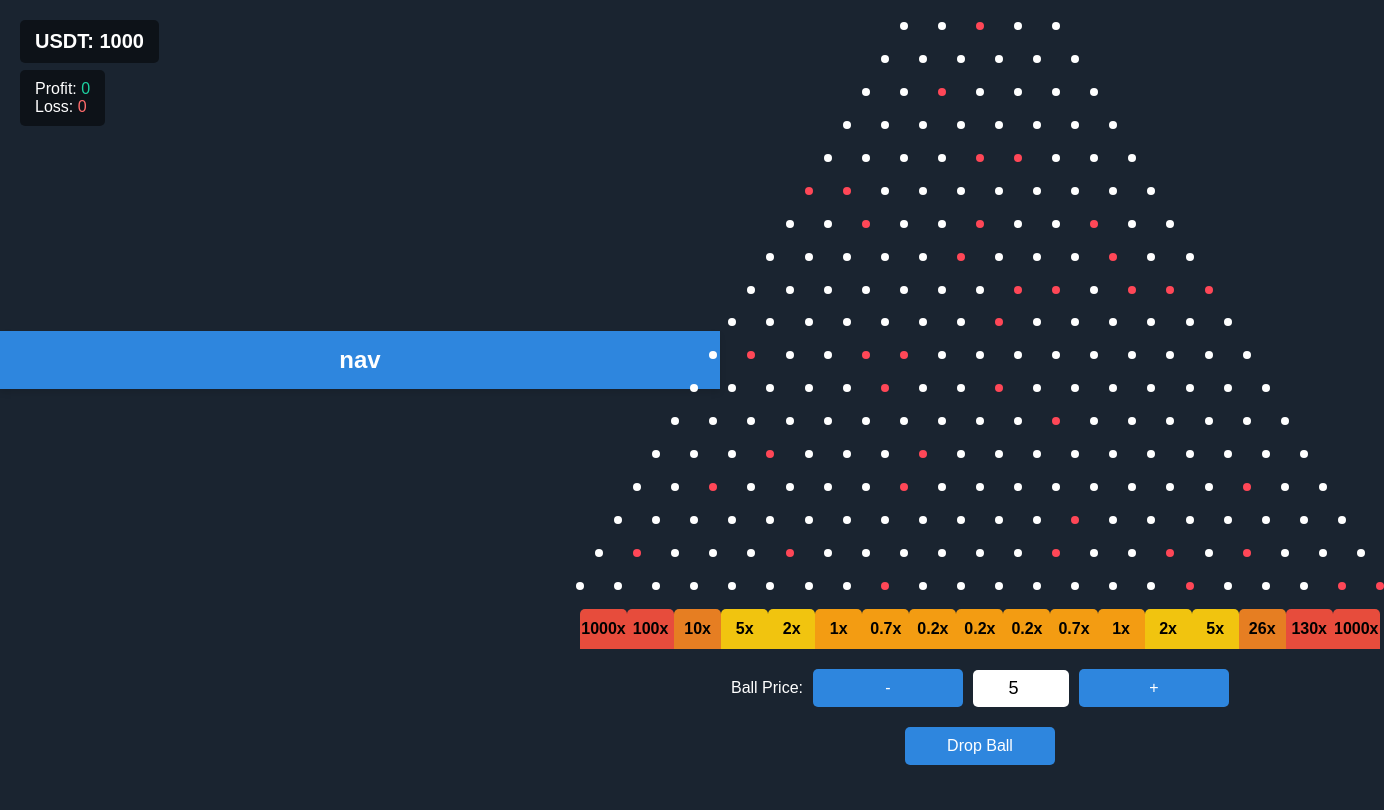
Repository: daffa-alif/PLINKO-JS
Page: index.html
An editor plug-in stored every save of this project. The page is shown before and after a run of saves, followed by the edit.
The browser window is 1280 px wide. The page is 1384 px wide, then 1280 px, so the pictures cover 1384 px, including what lies to the right of the window. The pictures show the whole page.

Above is the page before, as saved 2025-03-07 09:24:51.

### index.html
<!DOCTYPE html>
<html lang="en">
<head>
    <meta charset="UTF-8">
    <meta name="viewport" content="width=device-width, initial-scale=1.0">
    <title>Plinko Game</title>
    <style>
         nav {
            width: 100%;
        }

        header {
            background-color: #2e86de;
            color: white;
            padding: 15px 20px;
            text-align: center;
            font-size: 24px;
            font-weight: bold;
            box-shadow: 0px 4px 6px rgba(0, 0, 0, 0.1);
            width: 100%;
        }

        body {
            background-color: #1a2430;
            font-family: Arial, sans-serif;
            display: flex;
            justify-content: center;
            align-items: center;
            height: 100vh;
            margin: 0;
            color: white;
            overflow: hidden;
        }

        .container {
            position: relative;
            width: 600px;
            height: 900px; /* Increased from 700px to 900px */
            display: flex;
            flex-direction: column;
            align-items: center;
        }

        .plinko-board {
            position: relative;
            width: 500px;
            height: 800px; /* Increased from 600px to 800px */
        }

        .peg {
            position: absolute;
            width: 8px;
            height: 8px;
            background-color: white;
            border-radius: 50%;
            transform: translate(-50%, -50%);
        }

        .highlight-peg {
            background-color: #ff4757;
        }

        .ball {
            position: absolute;
            width: 16px;
            height: 16px;
            background-color: #ff6b81;
            border-radius: 50%;
            z-index: 10;
            transform: translate(-50%, -50%);
        }

        .buckets {
            display: flex;
            width: 100%;
            justify-content: space-between;
            position: absolute;
            bottom: 0;
        }

        .bucket {
            width: 55px;
            height: 40px;
            display: flex;
            justify-content: center;
            align-items: center;
            font-weight: bold;
            color: black;
            border-top-left-radius: 5px;
            border-top-right-radius: 5px;
        }

        .controls {
            margin-top: 20px;
            display: flex;
            flex-direction: column;
            align-items: center;
            gap: 10px;
            width: 100%;
        }

        button {
            padding: 10px 20px;
            font-size: 16px;
            border: none;
            border-radius: 5px;
            background-color: #2e86de;
            color: white;
            cursor: pointer;
            width: 150px;
        }

        button:hover {
            background-color: #54a0ff;
        }

        button:disabled {
            background-color: #7f8c8d;
            cursor: not-allowed;
        }

        .balance {
            position: absolute;
            top: 20px;
            left: 20px;
            font-size: 20px;
            font-weight: bold;
            background-color: rgba(0, 0, 0, 0.5);
            padding: 10px 15px;
            border-radius: 5px;
            z-index: 100;
        }

        .statistics {
            position: absolute;
            top: 70px;
            left: 20px;
            font-size: 16px;
            background-color: rgba(0, 0, 0, 0.5);
            padding: 10px 15px;
            border-radius: 5px;
            z-index: 100;
        }

        .profit {
            color: #1dd1a1;
        }

        .loss {
            color: #ff6b6b;
        }

        .price-controls {
            display: flex;
            align-items: center;
            gap: 10px;
            margin-bottom: 10px;
        }

        input {
            padding: 8px;
            width: 80px;
            text-align: center;
            font-size: 18px;
            border-radius: 5px;
            border: none;
        }

        .results {
            margin-top: 10px;
            font-size: 18px;
            color: #1dd1a1;
            height: 25px;
        }

        .falling-ball-animation {
            display: block;
            position: absolute;
            top: 0;
            left: 50%;
            transform: translateX(-50%);
            width: 16px;
            height: 16px;
            background-color: #ff6b81;
            border-radius: 50%;
            z-index: 11;
            animation: fallAnimation 1s ease-in;
        }

        @keyframes fallAnimation {
            0% {
                top: -20px;
            }
            100% {
                top: 20px;
            }
        }
    </style>
</head>
<body>
    <nav>
        <header>nav</header>
    </nav>
    <div>
        <div class="balance">USDT: <span id="balance">1000</span></div>
        <div class="statistics">
            Profit: <span id="profit" class="profit">0</span><br>
            Loss: <span id="loss" class="loss">0</span>
        </div>
        <div class="container">
            <div class="plinko-board" id="plinkoBoard"></div>
            <div class="controls">
                <div class="price-controls">
                    <span>Ball Price:</span>
                    <button id="decreasePrice">-</button>
                    <input type="number" id="ballPrice" value="5" min="5" max="1000">
                    <button id="increasePrice">+</button>
                </div>
                <button id="dropButton">Drop Ball</button>
                <div class="results" id="results"></div>
            </div>
        </div>
    </div>

    <script src="script.js"></script>
</body>

</html>

### script.js
// Game configuration
const config = {
    rows: 20,                // Increased from 16 to 20 rows for taller board
    pegsStartCount: 3,       // Start with 3 pegs at the top row
    ballSpeed: 0.5,
    gravity: 0.15,
    friction: 0.99,
    pegInfluence: 0.6,
    maxActiveBalls: 10,
    // Updated multipliers to match the image exactly
    multipliers: [1000, 100, 10, 5, 2, 1, 0.7, 0.2, 0.2, 0.2, 0.7, 1, 2, 5, 26, 130, 1000],
    horizontalSpacingFactor: 1.6
};

let balance = 1000;
let totalProfit = 0;
let totalLoss = 0;
let ballPrice = 30;
let activeBalls = [];
let pegLayout = [];

// Initialize the board
function initializeBoard() {
    const board = document.getElementById('plinkoBoard');
    const boardWidth = board.clientWidth;
    const boardHeight = board.clientHeight;

    // Calculate peg spacing for the wider triangular pattern
    const horizontalSpacing = (boardWidth / (config.rows + 1)) * config.horizontalSpacingFactor;
    const verticalSpacing = (boardHeight - 80) / (config.rows);

    // Create pegs in a triangular pattern with progressive row lengths
    for (let row = 0; row < config.rows; row++) {
        // Calculate number of pegs in this row (increase by 1 for each row, starting with config.pegsStartCount)
        const pegsInRow = config.pegsStartCount + row;

        // Calculate the starting position for the first peg in the row
        const rowStartX = boardWidth / 2 - (horizontalSpacing * (pegsInRow - 1)) / 2;

        for (let col = 0; col < pegsInRow; col++) {
            const peg = document.createElement('div');
            peg.className = 'peg';

            // Add some highlight pegs (red pegs)
            if (Math.random() < 0.2) {
                peg.classList.add('highlight-peg');
            }

            // Calculate position for evenly distributed pegs
            const offsetX = rowStartX + col * horizontalSpacing;
            const offsetY = verticalSpacing * row + 50;

            peg.style.left = `${offsetX}px`;
            peg.style.top = `${offsetY}px`;

            board.appendChild(peg);

            // Store peg position for collision detection
            pegLayout.push({
                x: offsetX,
                y: offsetY,
                highlight: peg.classList.contains('highlight-peg'),
                element: peg
            });
        }
    }

    // Create buckets - FIXED VERSION
    const buckets = document.createElement('div');
    buckets.className = 'buckets';

    // Get the last row of pegs to align buckets with
    const lastRowPegs = pegLayout.slice(-config.pegsStartCount - config.rows + 1);
    const leftmostPeg = lastRowPegs[0].x;
    const rightmostPeg = lastRowPegs[lastRowPegs.length - 1].x;
    const bucketAreaWidth = rightmostPeg - leftmostPeg;

    // Define colors for buckets based on multipliers
    const getColorForMultiplier = (multiplier) => {
        if (multiplier >= 100) return '#e74c3c';      // Red for highest multipliers
        if (multiplier >= 10) return '#e67e22';       // Orange for high multipliers
        if (multiplier >= 2) return '#f1c40f';        // Yellow for medium multipliers
        return '#f39c12';                             // Gold for low multipliers
    };

    // Set the buckets container width to match the width of the last row of pegs
    buckets.style.width = `${bucketAreaWidth}px`;
    buckets.style.left = `${leftmostPeg}px`;
    buckets.style.position = 'absolute';

    // Add bucket divs to match the multipliers
    const multiplierCount = config.multipliers.length;
    const bucketWidth = bucketAreaWidth / multiplierCount;

    for (let i = 0; i < multiplierCount; i++) {
        const bucket = document.createElement('div');
        bucket.className = 'bucket';
        bucket.style.backgroundColor = getColorForMultiplier(config.multipliers[i]);
        bucket.textContent = `${config.multipliers[i]}x`;
        bucket.style.width = `${bucketWidth}px`;
        buckets.appendChild(bucket);
    }

    board.appendChild(buckets);
}

// Create a falling ball animation
function showBallDropAnimation() {
    return new Promise(resolve => {
        const board = document.getElementById('plinkoBoard');
        const fallingBall = document.createElement('div');
        fallingBall.className = 'falling-ball-animation';
        board.appendChild(fallingBall);

        setTimeout(() => {
            fallingBall.remove();
            resolve();
        }, 500);
    });
}

// Create a ball and start animation
async function dropBall() {
    const currentBallPrice = parseInt(document.getElementById('ballPrice').value);
    if (balance < currentBallPrice) {
        document.getElementById('results').textContent = "Not enough balance!";
        setTimeout(() => {
            document.getElementById('results').textContent = "";
        }, 2000);
        return;
    }

    // Check if we've reached the maximum number of active balls
    if (activeBalls.length >= config.maxActiveBalls) {
        document.getElementById('results').textContent = "Too many balls in play!";
        setTimeout(() => {
            document.getElementById('results').textContent = "";
        }, 2000);
        return;
    }

    // Deduct ball price from balance
    balance -= currentBallPrice;
    document.getElementById('balance').textContent = balance;

    // Show the ball drop animation
    await showBallDropAnimation();

    const board = document.getElementById('plinkoBoard');
    const boardWidth = board.clientWidth;

    // Ball starts at the top center of the board
    const ball = document.createElement('div');
    ball.className = 'ball';
    ball.style.left = `${boardWidth / 2}px`;
    ball.style.top = '20px';
    board.appendChild(ball);

    // Create a new ball object
    const newBall = {
        element: ball,
        id: Date.now(),
        x: boardWidth / 2,
        y: 20,
        vx: (Math.random() - 0.5) * 0.5,
        vy: 1,
        radius: 8,
        price: currentBallPrice
    };

    // Add ball to active balls array
    activeBalls.push(newBall);

    // Start animation if it's not already running
    if (activeBalls.length === 1) {
        requestAnimationFrame(animateAllBalls);
    }
}

// Animate all active balls
function animateAllBalls(timestamp) {
    if (activeBalls.length === 0) return;

    const board = document.getElementById('plinkoBoard');
    const boardWidth = board.clientWidth;
    const boardHeight = board.clientHeight;

    // Get bucket positions for collision detection - FIXED VERSION
    const buckets = document.querySelector('.buckets');
    const bucketsRect = buckets.getBoundingClientRect();
    const boardRect = board.getBoundingClientRect();

    const bucketsLeft = bucketsRect.left - boardRect.left;
    const bucketsWidth = bucketsRect.width;
    const bucketCount = config.multipliers.length;
    const bucketWidth = bucketsWidth / bucketCount;

    // Process each active ball
    for (let i = activeBalls.length - 1; i >= 0; i--) {
        const ball = activeBalls[i];

        // Apply gravity
        ball.vy += config.gravity;

        // Apply friction
        ball.vx *= config.friction;
        ball.vy *= config.friction;

        // Update position
        ball.x += ball.vx;
        ball.y += ball.vy;

        // Collision with side walls
        if (ball.x - ball.radius < 0) {
            ball.x = ball.radius;
            ball.vx = -ball.vx * 0.5;
        } else if (ball.x + ball.radius > boardWidth) {
            ball.x = boardWidth - ball.radius;
            ball.vx = -ball.vx * 0.5;
        }

        // Collision with pegs
        for (const peg of pegLayout) {
            const dx = ball.x - peg.x;
            const dy = ball.y - peg.y;
            const distance = Math.sqrt(dx * dx + dy * dy);

            if (distance < ball.radius + 6) {
                // Calculate the angle of collision
                const angle = Math.atan2(dy, dx);

                // Move the ball outside of the peg
                const newX = peg.x + (ball.radius + 6) * Math.cos(angle);
                const newY = peg.y + (ball.radius + 6) * Math.sin(angle);

                ball.x = newX;
                ball.y = newY;

                // Add randomness to the bounce but with a slight bias toward outer edges
                let randomness = (Math.random() * 2 - 1) * config.pegInfluence;

                // Very subtle bias toward edges
                if (ball.x < boardWidth * 0.3) {
                    randomness -= 0.05; // Slight bias leftward
                } else if (ball.x > boardWidth * 0.7) {
                    randomness += 0.05; // Slight bias rightward
                }

                // Update velocity with a bounce effect and randomness
                const speed = Math.sqrt(ball.vx * ball.vx + ball.vy * ball.vy);
                ball.vx = Math.cos(angle + randomness) * speed;
                ball.vy = Math.sin(Math.abs(angle + randomness)) * speed; // Keep ball moving downward

                // Highlight the peg temporarily
                peg.element.style.backgroundColor = '#ffdd59';
                setTimeout(() => {
                    peg.element.style.backgroundColor = peg.highlight ? '#ff4757' : 'white';
                }, 100);
            }
        }

        // Check if ball reached bucket level
        if (ball.y > boardHeight - 60) {
            // Calculate which bucket the ball fell into based on the fixed buckets position - FIXED VERSION
            let bucketIndex = -1;

            // Check if the ball is within the bucket area
            if (ball.x >= bucketsLeft && ball.x <= bucketsLeft + bucketsWidth) {
                // Calculate the bucket index based on the ball's position relative to the buckets
                bucketIndex = Math.floor((ball.x - bucketsLeft) / bucketWidth);
                bucketIndex = Math.min(bucketIndex, bucketCount - 1);
            } else {
                // If the ball is outside the bucket area, put it in the nearest edge bucket
                bucketIndex = ball.x < bucketsLeft ? 0 : bucketCount - 1;
            }

            // Apply multiplier to the bet
            const multiplier = config.multipliers[bucketIndex];
            const winAmount = Math.floor(ball.price * multiplier);
            balance += winAmount;
            document.getElementById('balance').textContent = balance;

            // Update profit/loss statistics
            if (winAmount > ball.price) {
                const profit = winAmount - ball.price;
                totalProfit += profit;
                document.getElementById('profit').textContent = totalProfit;
            } else if (winAmount < ball.price) {
                const loss = ball.price - winAmount;
                totalLoss += loss;
                document.getElementById('loss').textContent = totalLoss;
            }

            // Display result message
            const resultElement = document.getElementById('results');
            if (winAmount > ball.price) {
                resultElement.textContent = `You won ${winAmount} USDT!`;
                resultElement.style.color = '#1dd1a1';
            } else if (winAmount < ball.price) {
                resultElement.textContent = `You lost ${ball.price - winAmount} USDT`;
                resultElement.style.color = '#ff6b6b';
            } else {
                resultElement.textContent = `You broke even!`;
                resultElement.style.color = '#f7d794';
            }

            // Highlight the winning bucket
            const bucketElements = document.querySelectorAll('.bucket');
            bucketElements[bucketIndex].style.transform = 'translateY(-5px)';
            setTimeout(() => {
                bucketElements[bucketIndex].style.transform = 'translateY(0)';
            }, 300);

            // Remove ball from DOM
            ball.element.remove();

            // Remove ball from active balls array
            activeBalls.splice(i, 1);
        }

        // Update ball position in DOM
        ball.element.style.left = `${ball.x}px`;
        ball.element.style.top = `${ball.y}px`;
    }

    // Continue animation if there are still active balls
    if (activeBalls.length > 0) {
        requestAnimationFrame(animateAllBalls);
    }
}

// Initialize the game
window.addEventListener('DOMContentLoaded', () => {
    initializeBoard();

    // Update balance display
    document.getElementById('balance').textContent = balance;

    // Add event listener for the drop button
    document.getElementById('dropButton').addEventListener('click', () => {
        dropBall();
    });

    // Add event listeners for ball price adjustment
    document.getElementById('decreasePrice').addEventListener('click', () => {
        const priceInput = document.getElementById('ballPrice');
        let currentPrice = parseInt(priceInput.value);
        if (currentPrice > 5) {
            priceInput.value = currentPrice - 5;
        }
    });

    document.getElementById('increasePrice').addEventListener('click', () => {
        const priceInput = document.getElementById('ballPrice');
        let currentPrice = parseInt(priceInput.value);
        if (currentPrice < 1000) {
            priceInput.value = currentPrice + 5;
        }
    });

    // Ensure ball price is valid
    document.getElementById('ballPrice').addEventListener('change', (e) => {
        let value = parseInt(e.target.value);
        if (isNaN(value) || value < 5) {
            e.target.value = 5;
        } else if (value > 1000) {
            e.target.value = 1000;
        }
    });
});

After the next 4 saves:
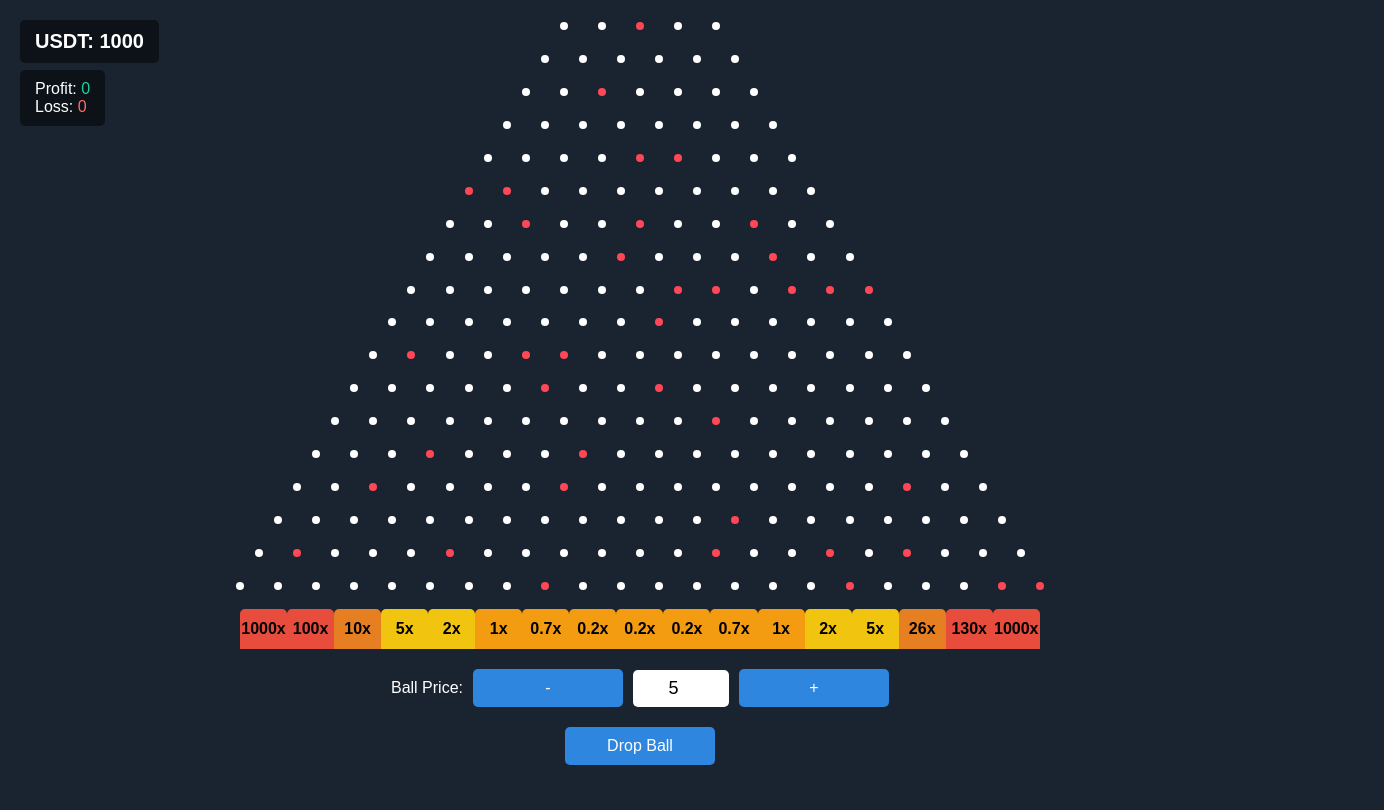
The 4 saves are shown as one change because they came seconds apart.
The last was saved 11 s later.
--- a/index.html
+++ b/index.html
@@ -5,21 +5,6 @@
     <meta name="viewport" content="width=device-width, initial-scale=1.0">
     <title>Plinko Game</title>
     <style>
-         nav {
-            width: 100%;
-        }
-
-        header {
-            background-color: #2e86de;
-            color: white;
-            padding: 15px 20px;
-            text-align: center;
-            font-size: 24px;
-            font-weight: bold;
-            box-shadow: 0px 4px 6px rgba(0, 0, 0, 0.1);
-            width: 100%;
-        }
-
         body {
             background-color: #1a2430;
             font-family: Arial, sans-serif;
@@ -199,30 +184,29 @@
 </head>
 <body>
     <nav>
-        <header>nav</header>
+        <header></header>
     </nav>
-    <div>
-        <div class="balance">USDT: <span id="balance">1000</span></div>
-        <div class="statistics">
-            Profit: <span id="profit" class="profit">0</span><br>
-            Loss: <span id="loss" class="loss">0</span>
-        </div>
-        <div class="container">
-            <div class="plinko-board" id="plinkoBoard"></div>
-            <div class="controls">
-                <div class="price-controls">
-                    <span>Ball Price:</span>
-                    <button id="decreasePrice">-</button>
-                    <input type="number" id="ballPrice" value="5" min="5" max="1000">
-                    <button id="increasePrice">+</button>
-                </div>
-                <button id="dropButton">Drop Ball</button>
-                <div class="results" id="results"></div>
+<div>
+    <div class="balance">USDT: <span id="balance">1000</span></div>
+    <div class="statistics">
+        Profit: <span id="profit" class="profit">0</span><br>
+        Loss: <span id="loss" class="loss">0</span>
+    </div>
+    <div class="container">
+        <div class="plinko-board" id="plinkoBoard"></div>
+        <div class="controls">
+            <div class="price-controls">
+                <span>Ball Price:</span>
+                <button id="decreasePrice">-</button>
+                <input type="number" id="ballPrice" value="5" min="5" max="1000">
+                <button id="increasePrice">+</button>
             </div>
+            <button id="dropButton">Drop Ball</button>
+            <div class="results" id="results"></div>
         </div>
     </div>
-
-    <script src="script.js"></script>
+    </div>
+
+<script src="script.js"></script>
 </body>
-
 </html>
